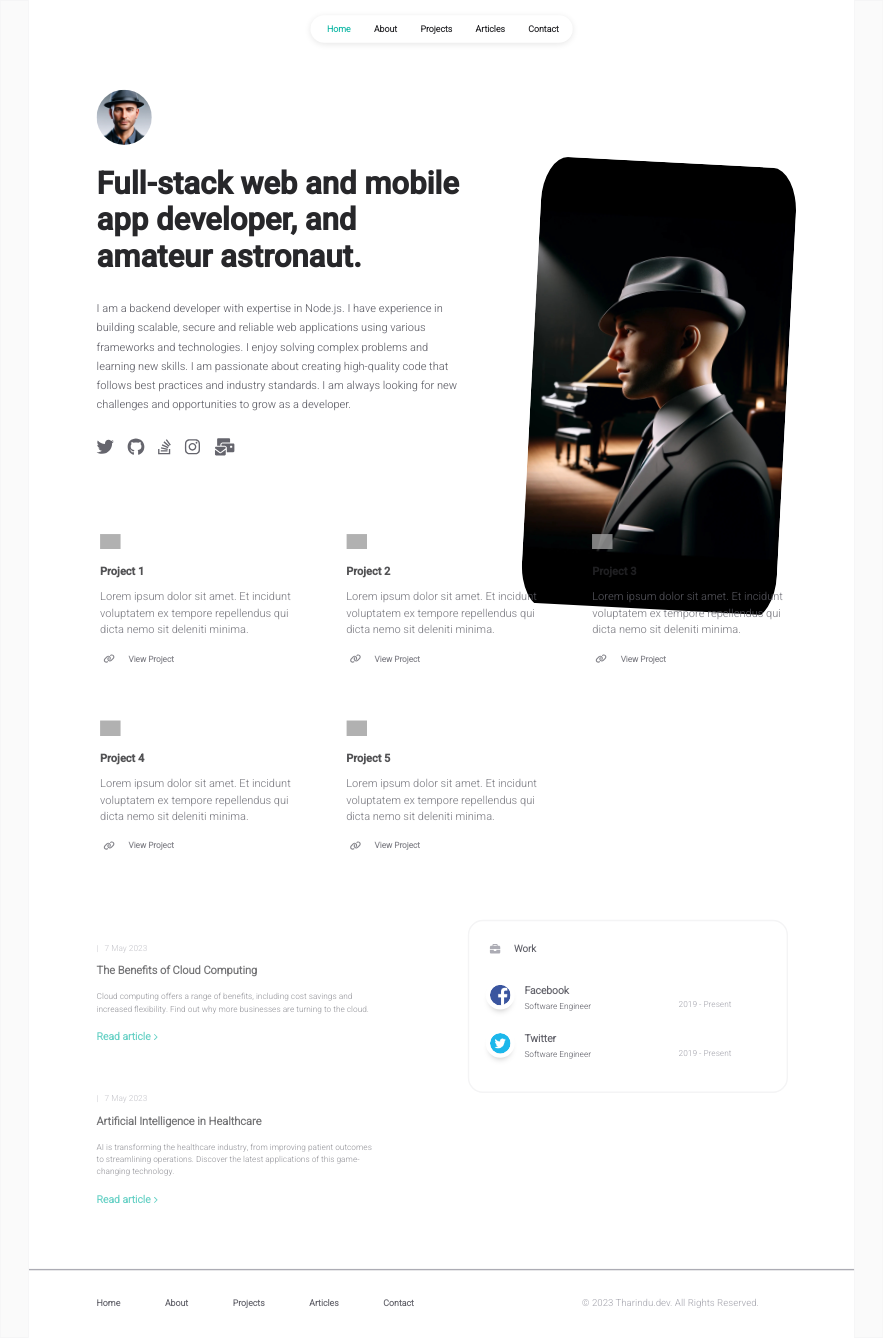
Repository: Dimple3377/reactfolio-master
Page: /
These files come from the project's save history. The page is drawn as it stood at one moment and after the next save; the edit follows.
The browser window is 1280 px wide. The pictures show the whole page, at 69% of full size.
Pictures or frames that could not be fetched are drawn as grey boxes. The project was rebuilt for these pictures with package versions that can differ from the ones it lists, and the page was loaded fresh each time. Also part of the build but not shown: src/components/about/socials.jsx, src/pages/styles/about.css, src/pages/about.jsx, src/pages/styles/projects.css, src/pages/projects.jsx, src/components/articles/article.jsx, src/pages/styles/articles.css, src/pages/articles.jsx and 5 more.

Above is the page before, as saved 2024-04-23 23:50:38.

After the next save:
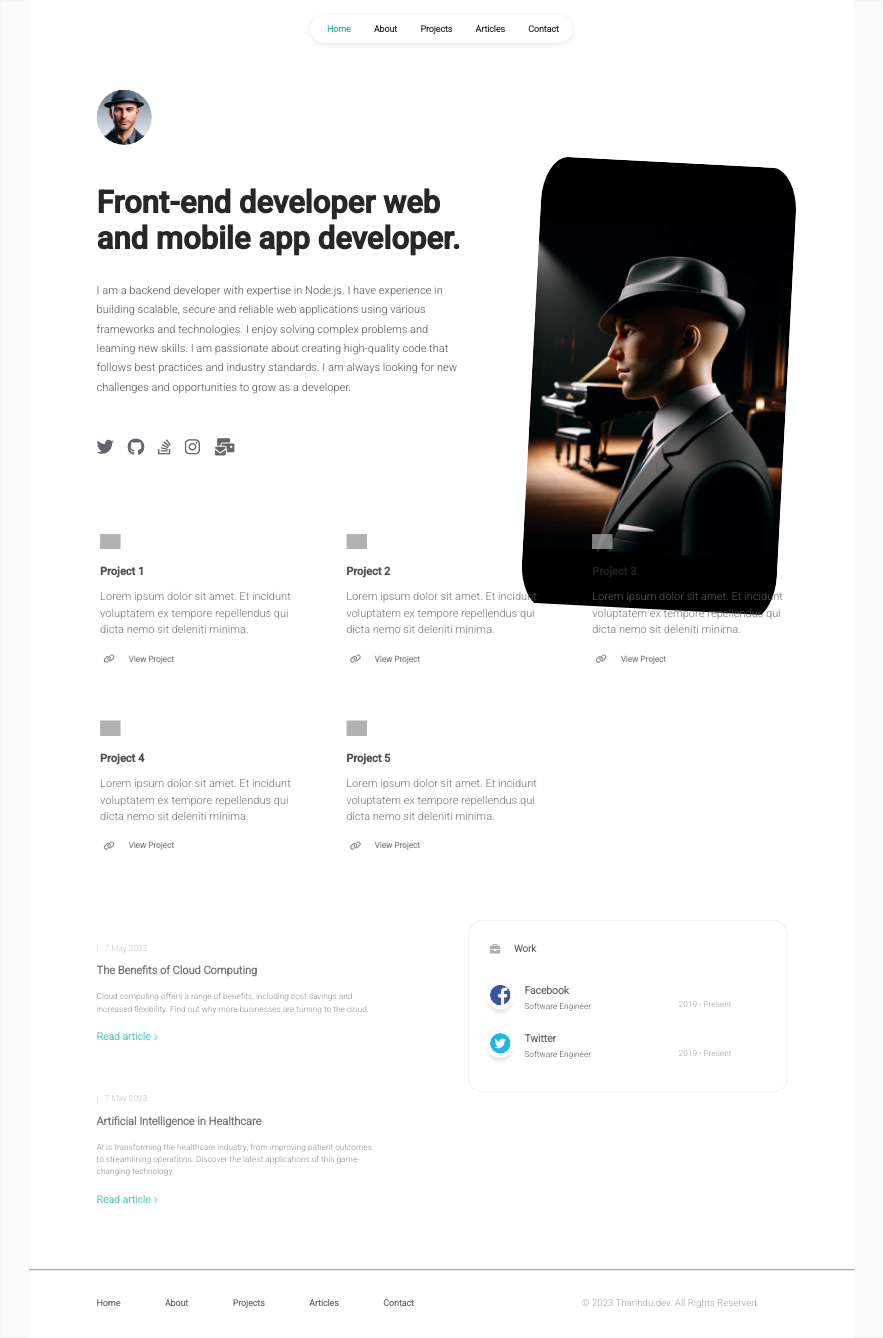
Saved 32 s later.
--- a/src/data/user.js
+++ b/src/data/user.js
@@ -16,7 +16,7 @@ const INFO = {
 	},
 
 	homepage: {
-		title: "Full-stack web and mobile app developer, and amateur astronaut.",
+		title: "Front-end developer web and mobile app developer.",
 		description:
 			"I am a backend developer with expertise in Node.js. I have experience in building scalable, secure and reliable web applications using various frameworks and technologies. I enjoy solving complex problems and learning new skills. I am passionate about creating high-quality code that follows best practices and industry standards. I am always looking for new challenges and opportunities to grow as a developer.",
 	},
